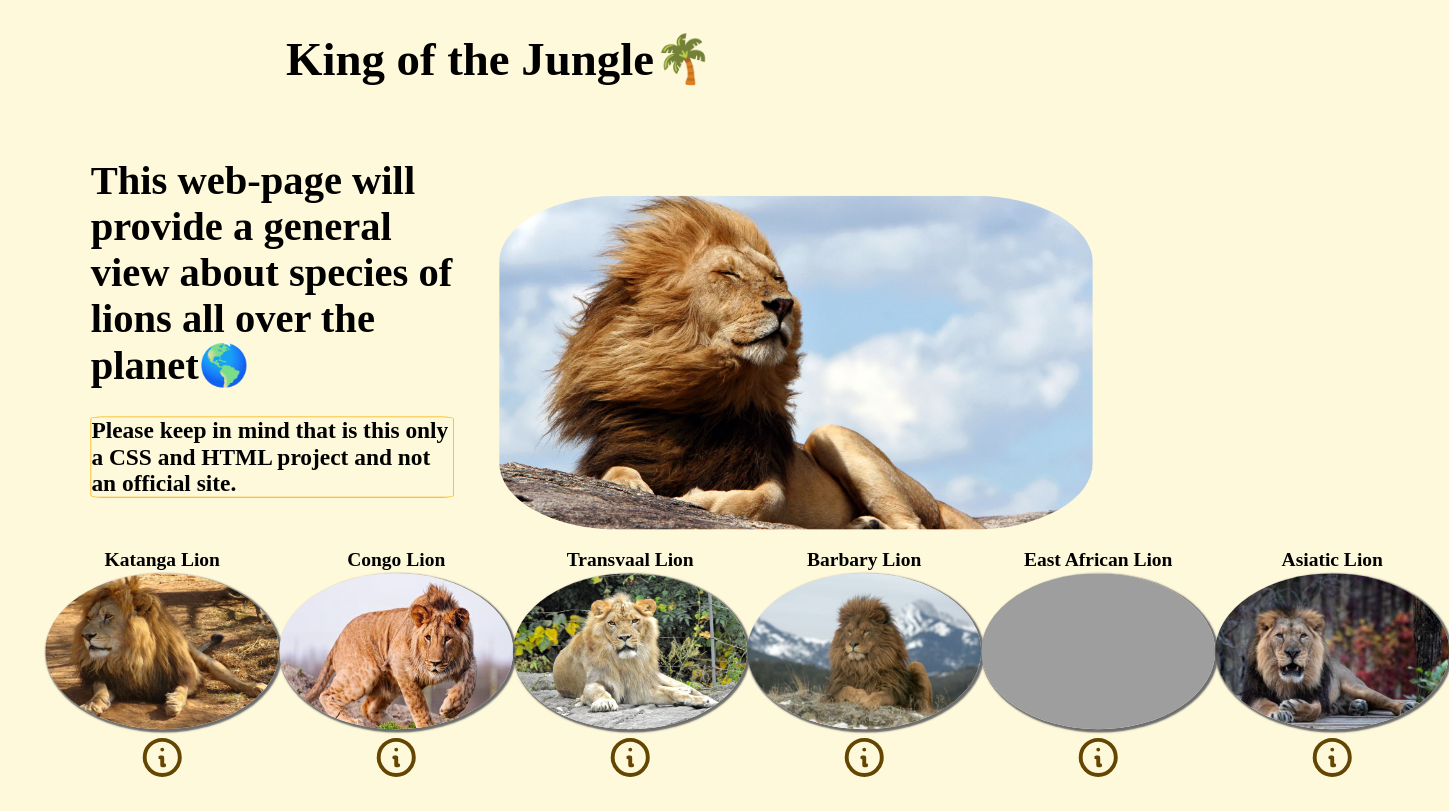
Repository: GeorgeManias/lions_project
Page: index.html
These files come from the project's save history. The page is drawn as it stood at one moment and after the next save; the edit follows.
The browser window is 1280 px wide. The page is 1858 px wide, so the pictures cover 1858 px, including what lies to the right of the window. The pictures show the whole page, at 78% of full size.
Pictures or frames that could not be fetched are drawn as grey boxes. Some web fonts or font styles are not loaded; a fallback is used.

Above is the page before, as saved 2021-11-04 20:16:05.

### index.html
<!DOCTYPE html>
<html lang="en">
  <head>
    <link rel="stylesheet" href="index.css" />
    <link
      href="https://fonts.googleapis.com/css2?family=Roboto:ital@1&display=swap"
      rel="stylesheet"
    />
    <link rel="preconnect" href="https://fonts.googleapis.com" />
    <link rel="preconnect" href="https://fonts.gstatic.com" crossorigin />
    <link
      href="https://fonts.googleapis.com/css2?family=Fruktur&family=Roboto:ital,wght@1,100;1,300&display=swap"
      rel="stylesheet"
    />
    <title>King of the Jungle</title>
  </head>
  <div class="container">
    <!--This will be the container fro the main_page-->

    <body>
      <header class="header_top">
        <h1>King of the Jungle🌴</h1>
      </header>
      <!--Class above will support the grid between header and main photo-->
      <div class="hero_section">
        <div class="headers_and_mainphoto">
          <header>
            <!--This area will be for the upper body part-->
            <h1 class="main_header">
              This web-page will provide a general view about species of lions
              all over the planet🌎
            </h1>
            <h2 class="project_header">
              Please keep in mind that is this only a CSS and HTML project and
              not an official site.
            </h2>
          </header>
          <img
            src="pictures/main_lion.jpg"
            alt="main_lion_photo"
            class="main_photo"
          />
        </div>

        <!--Multiple Pictures Grid Start----------------------------------------------------------------------------------------------->
        <div class="grid_with_6_pictures">
          <!--Katanga_Lion_Start-->
          <h3 id="katanga_title_cord" class="titles_6">Katanga Lion</h3>
          <img
            src="pictures/katanga_lion.jpg"
            alt="katanga_lion"
            id="katanga_img_cord"
            class="img_6"
          />
          <svg
            class="info_svg"
            id="katanga_info_cord"
            xmlns="http://www.w3.org/2000/svg"
            class="h-6 w-6"
            fill="none"
            viewBox="0 0 24 24"
            stroke="currentColor"
          >
            <path
              stroke-linecap="round"
              stroke-linejoin="round"
              stroke-width="2"
              d="M13 16h-1v-4h-1m1-4h.01M21 12a9 9 0 11-18 0 9 9 0 0118 0z"
            />
          </svg>
          <!--Katanga_Lion_End-->

          <!--Congo_Lion_Start-->
          <h3 id="congo_title_cord" class="titles_6">Congo Lion</h3>
          <img
            src="pictures/congo_lion.jpg"
            alt="congo_lion"
            id="congo_img_cord"
            class="img_6"
          />
          <svg
            class="info_svg"
            id="congo_info_cord"
            xmlns="http://www.w3.org/2000/svg"
            class="h-6 w-6"
            fill="none"
            viewBox="0 0 24 24"
            stroke="currentColor"
          >
            <path
              stroke-linecap="round"
              stroke-linejoin="round"
              stroke-width="2"
              d="M13 16h-1v-4h-1m1-4h.01M21 12a9 9 0 11-18 0 9 9 0 0118 0z"
            />
          </svg>
          <!--Congo_Lion_End-->

          <!--Transvaal_Lion_Start-->
          <h3 id="Transvaal_title_cord" class="titles_6">Transvaal Lion</h3>
          <img
            src="pictures/Transvaal_lion.jpg"
            alt="Transvaal_lion"
            id="Transvaal_img_cord"
            class="img_6"
          />
          <svg
            class="info_svg"
            id="Transvaal_info_cord"
            xmlns="http://www.w3.org/2000/svg"
            class="h-6 w-6"
            fill="none"
            viewBox="0 0 24 24"
            stroke="currentColor"
          >
            <path
              stroke-linecap="round"
              stroke-linejoin="round"
              stroke-width="2"
              d="M13 16h-1v-4h-1m1-4h.01M21 12a9 9 0 11-18 0 9 9 0 0118 0z"
            />
          </svg>
          <!--Transvaal_Lion_End-->

          <!--barbary_Lion_Start-->
          <h3 id="barbary_title_cord" class="titles_6">Barbary Lion</h3>
          <img
            src="pictures/barbary_lion.jpg"
            alt="barbary_lion"
            id="barbary_img_cord"
            class="img_6"
          />
          <svg
            class="info_svg"
            id="barbary_info_cord"
            xmlns="http://www.w3.org/2000/svg"
            class="h-6 w-6"
            fill="none"
            viewBox="0 0 24 24"
            stroke="currentColor"
          >
            <path
              stroke-linecap="round"
              stroke-linejoin="round"
              stroke-width="2"
              d="M13 16h-1v-4h-1m1-4h.01M21 12a9 9 0 11-18 0 9 9 0 0118 0z"
            />
          </svg>
          <!--barbary_Lion_End-->

          <!--east_african_Lion_Start-->
          <h3 id="east_african_title_cord" class="titles_6">
            East African Lion
          </h3>
          <img
            src="pictures/east_african.jpg"
            alt="east_african_lion"
            id="east_african_img_cord"
            class="img_6"
          />
          <svg
            class="info_svg"
            id="east_african_info_cord"
            xmlns="http://www.w3.org/2000/svg"
            class="h-6 w-6"
            fill="none"
            viewBox="0 0 24 24"
            stroke="currentColor"
          >
            <path
              stroke-linecap="round"
              stroke-linejoin="round"
              stroke-width="2"
              d="M13 16h-1v-4h-1m1-4h.01M21 12a9 9 0 11-18 0 9 9 0 0118 0z"
            />
          </svg>
          <!--east_african_Lion_End-->

          <!--asiatic_Lion_Start-->
          <h3 id="asiatic_title_cord" class="titles_6">Asiatic Lion</h3>
          <img
            src="pictures/asiatic_lion.jpg"
            alt="asiatic_lion"
            id="asiatic_img_cord"
            class="img_6"
          />
          <svg
            class="info_svg"
            id="asiatic_info_cord"
            xmlns="http://www.w3.org/2000/svg"
            class="h-6 w-6"
            fill="none"
            viewBox="0 0 24 24"
            stroke="currentColor"
          >
            <path
              stroke-linecap="round"
              stroke-linejoin="round"
              stroke-width="2"
              d="M13 16h-1v-4h-1m1-4h.01M21 12a9 9 0 11-18 0 9 9 0 0118 0z"
            />
          </svg>
          <!--Multiple Pictures Grid End----------------------------------------------------------------------------------------------->
        </div>
      </div>
    </body>
  </div>
</html>

<!--1
  Katanga lion
  Congo Lion
  Transvaal lion
  East African lion
  Asiatic lion
  West African lion

-->

### index.css
/*

--- 01 TYPOGRAPHY SYSTEM

- Font sizes (px)
10 / 12 / 14 / 16 / 18 / 20 / 24 / 30 / 36 / 44 / 52 / 62 / 74 / 86 / 98

- Font weights
Default: 400
Medium: 500
Semi-bold: 600
Bold: 700

- Line heights
Default: 1
Small: 1.05
Medium: 1.2
Paragraph default: 1.6

- Letter spacing
-0.5px
0.75px

--- 02 COLORS

- Primary: ##fab005
- Tints:
#fff9db
#644602

- Shades:


#f0ede6


- Accents:
- Greys

#888
#767676 (lightest grey allowed on #fff)
#6f6f6f (lightest grey allowed on #fdf2e9)
#555
#333

--- 05 SHADOWS

0 2.4rem 4.8rem rgba(0, 0, 0, 0.075);

--- 06 BORDER-RADIUS

Default: 9px
Medium: 11px

--- 07 WHITESPACE

- Spacing system (px)
2 / 4 / 8 / 12 / 16 / 24 / 32 / 48 / 64 / 80 / 96 / 128
*/

html {
  /*εδώ βάζω το 10 με σκοπο το αλλο να έχει ευκολο πολαπλασσιο του rem*/
  font-size: 10px;
  margin-left: 0%;
  margin-right: 0%;
}

body {
  background-color: #fff9db;
  margin-bottom: 3%;
}

.header_top {
  font-family: "Fruktur", cursive;
  text-align: center;
  font-size: 3rem;
}

.hero_section {
  padding-left: 5rem;
  padding-right: 5rem;
}

header {
  margin-left: 10%;
  margin-right: 10%;
}

.main_header {
  font-size: 5.2rem;
}

.project_header {
  font-size: 3rem;
  border: 0.1rem solid #fab005;
  border-radius: 3%;
}

.headers_and_mainphoto {
  /*Αυτο το πεδίο αναφέρεται στο grid*/
  display: grid;
  grid-template-columns: 50% 50%;
  align-items: center;
}

.grid_with_6_pictures {
  display: grid;
  grid-template-columns: 1fr 1fr 1fr 1fr 1fr 1fr;
  grid-template-rows: auto 1fr auto;
  justify-items: center;
  align-items: flex-end;
}

.main_photo {
  width: 761px;
  margin-top: 100px;
  border-radius: 20%;
}

.img_6 {
  width: 300px;
  height: 200px;
  border-radius: 50%;
  box-shadow: 2px 2px 2px 2px rgb(109, 109, 109);
}

.titles_6 {
  font-size: 2.5rem;
  margin-bottom: 0.8%;
}

.info_svg {
  margin-top: 2.2%;
  width: 20%;
  stroke: #644602;
}

/*//////////////////////////////////////////////////////////////////////////////////////////////////////////////////////////////////////////////////////////////////*/
/*Katanga Lion Cord Start*/
#katanga_title_cord {
  grid-column: 1/2;
  grid-row: 1/2;
}
#katanga_img_cord {
  grid-column: 1/2;
  grid-row: 2/3;
}

#katanga_info_cord {
  grid-column: 1/2;
  grid-row: 3/4;
}
/*Katanga Lion Cord End*/

/*Congo Lion Cord Start*/
#congo_title_cord {
  grid-column: 2/3;
  grid-row: 1/2;
}
#congo_img_cord {
  grid-column: 2/3;
  grid-row: 2/3;
}

#congo_info_cord {
  grid-column: 2/3;
  grid-row: 3/4;
}
/*Congo Lion Cord End*/

/*Transvaal Lion Cord Start*/
#Transvaal_title_cord {
  grid-column: 3/4;
  grid-row: 1/2;
}
#Transvaal_img_cord {
  grid-column: 3/4;
  grid-row: 2/3;
}

#Transvaal_info_cord {
  grid-column: 3/4;
  grid-row: 3/4;
}
/*Transvaal Lion Cord End*/

/*Congo Lion Cord End*/

/*barbary Lion Cord Start*/
#barbary_title_cord {
  grid-column: 4/5;
  grid-row: 1/2;
}
#barbary_img_cord {
  grid-column: 4/5;
  grid-row: 2/3;
}

#barbary_info_cord {
  grid-column: 4/5;
  grid-row: 3/4;
}
/*barbary Lion Cord End*/

/*east_african Lion Cord Start*/
#east_african_title_cord {
  grid-column: 5/6;
  grid-row: 1/2;
}
#east_african_img_cord {
  grid-column: 5/6;
  grid-row: 2/3;
}

#east_african_info_cord {
  grid-column: 5/6;
  grid-row: 3/4;
}
/*east_african Lion Cord End*/

/*asiatic Lion Cord Start*/
#asiatic_title_cord {
  grid-column: 6/7;
  grid-row: 1/2;
}
#asiatic_img_cord {
  grid-column: 6/7;
  grid-row: 2/3;
}

#asiatic_info_cord {
  grid-column: 6/7;
  grid-row: 3/4;
}
/*asiatic Lion Cord End*/
/*//////////////////////////////////////////////////////////////////////////////////////////////////////////////////////////////////////////////////////////////////*/

After the next save:
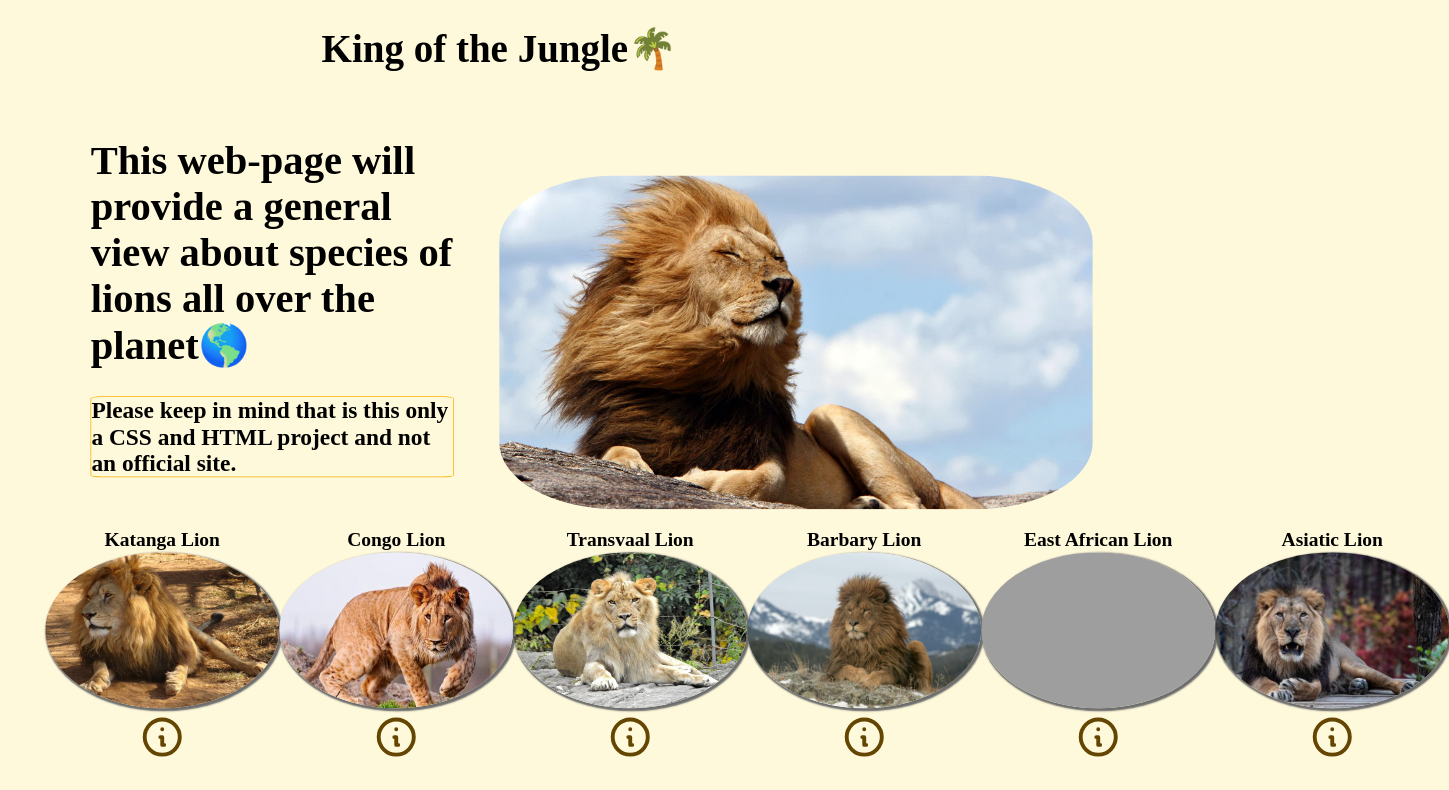
Saved 3 min 12 s later.
--- a/index.css
+++ b/index.css
@@ -73,7 +73,7 @@ body {
 .header_top {
   font-family: "Fruktur", cursive;
   text-align: center;
-  font-size: 3rem;
+  font-size: 2.5rem;
 }
 
 .hero_section {
